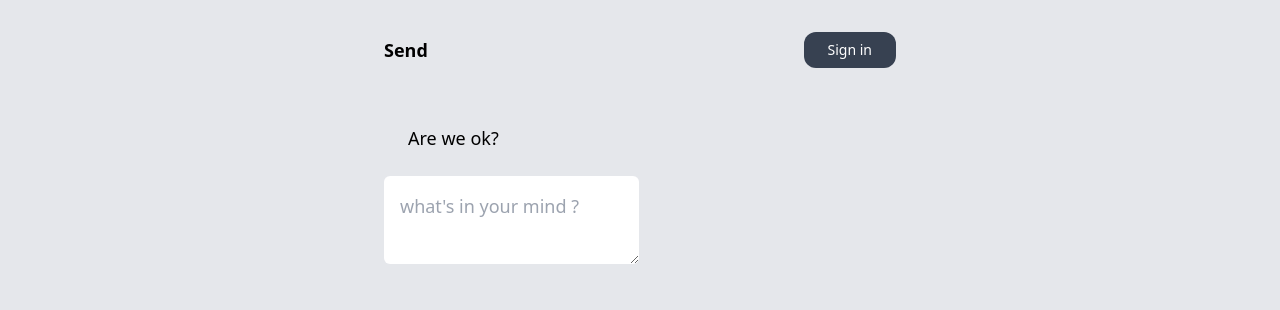
Repository: fatemesoleymanian/react
Page: / (app in next--experimental/postit/)
These files come from the project's save history. The page is drawn as it stood at one moment and after the next save; the edit follows.
The browser window is 1280 px wide. The pictures show the whole page.
The page's requests for data from a server got no answer. The project was rebuilt for these pictures with package versions that can differ from the ones it lists, and the page was loaded fresh each time. The framework's server and built-in components were replaced by stand-ins that run in the browser. No one was signed in, and anything a server would have sent is missing. Also part of the build but not shown: next--experimental/postit/next.config.js, next--experimental/postit/app/components/auth/Logged.tsx.

Above is the page before, as saved 2023-02-26 15:49:32.

After the next save:
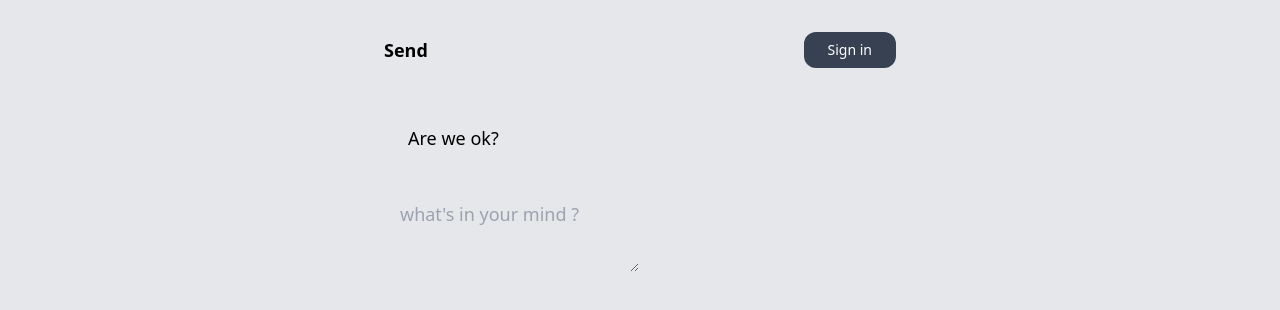
Saved 21 s later.
--- a/next--experimental/postit/app/components/AddPost.tsx
+++ b/next--experimental/postit/app/components/AddPost.tsx
@@ -12,7 +12,7 @@ export default function AddPost(){
                 value={title}
                 onChange={(e)=> setTitle(e.target.value) }
                 placeholder="what's in your mind ? "
-                className="p-4 text-lg rounded-md">
+                className="p-4 text-lg rounded-md my-2 bg-gray-200">
                 </textarea>
             </div>
         </form>
